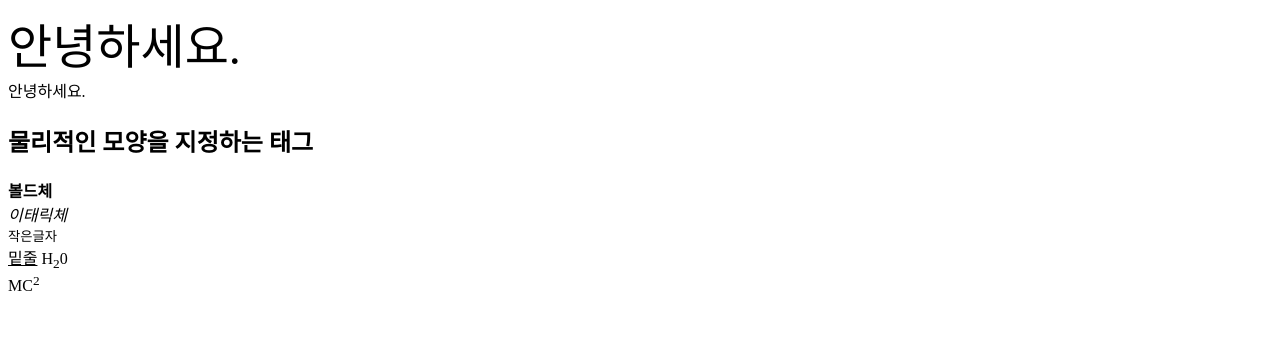
Repository: heoSuKyeong/client_Ssanyong
Page: ClientTest/src/main/webapp/html/ex09_style.html
An editor plug-in stored every save of this project. The page is shown before and after the next save, followed by the edit.
The browser window is 1280 px wide. The pictures show the whole page.

Above is the page before, as saved 2023-09-20 01:38:36.

### ClientTest/src/main/webapp/html/ex09_style.html
<!DOCTYPE html>
<html>
<head>
<meta charset="UTF-8">
<title>Insert title here</title>
</head>
<body>
	<font size="7">안녕하세요.</font>
	<br>
	안녕하세요.


	<h1></h1>
	<h2>물리적인 모양을 지정하는 태그</h2>
	<b>볼드체</b><br>
	<i>이태릭체</i><br>
	<small>작은글자</small><br>
	<u>밑줄</u>


	H<sub>2</sub>0<br><!-- 밑첨자-->
	MC<sup>2</sup><br><!-- 윗첨자-->
	<h2></h2>

</body>
</html>

After the next save:
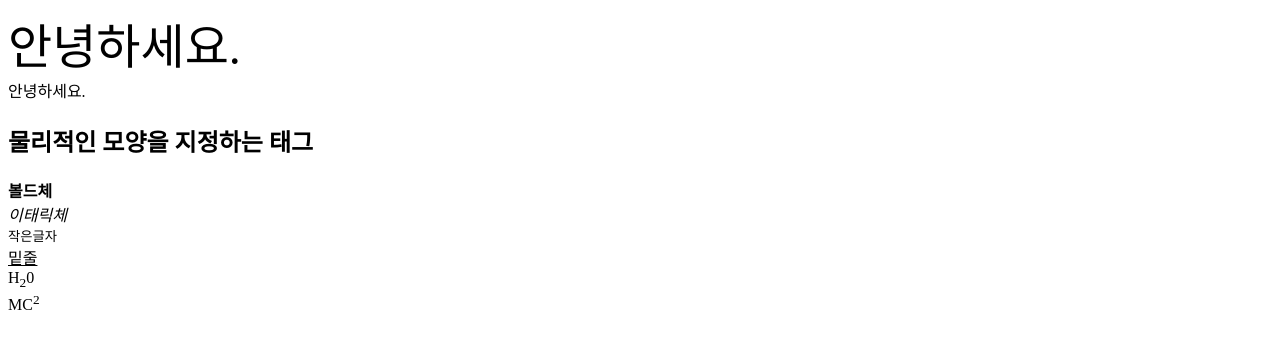
Saved 10 s later.
--- a/ClientTest/src/main/webapp/html/ex09_style.html
+++ b/ClientTest/src/main/webapp/html/ex09_style.html
@@ -15,7 +15,7 @@
 	<b>볼드체</b><br>
 	<i>이태릭체</i><br>
 	<small>작은글자</small><br>
-	<u>밑줄</u>
+	<u>밑줄</u><br>
 
 
 	H<sub>2</sub>0<br><!-- 밑첨자-->
